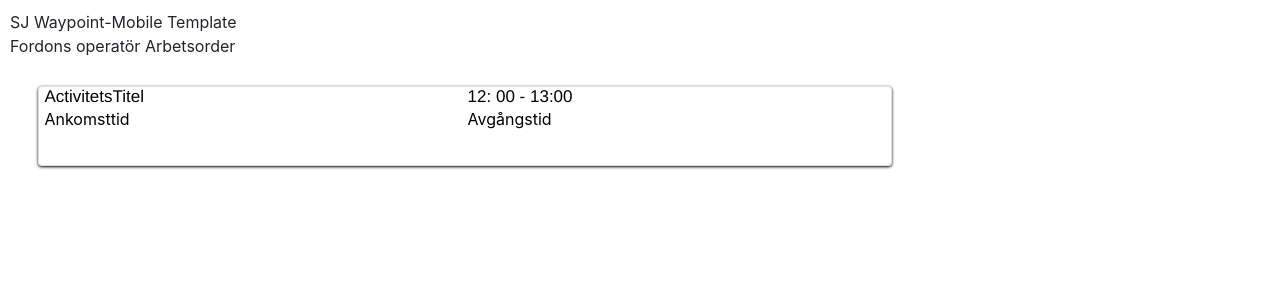
Repository: AdrianaLarsson/yarn-next-typescript
Page: /
These files come from the project's save history. The page is drawn as it stood at one moment and after a run of saves; the edit follows.
The browser window is 1280 px wide. The pictures show the whole page.
The project was rebuilt for these pictures with package versions that can differ from the ones it lists, and the page was loaded fresh each time. The framework's server and built-in components were replaced by stand-ins that run in the browser.

Above is the page before, as saved 2021-03-01 08:01:27.

### pages/_app.tsx
// Functionality
import type { AppProps } from 'next/app';
import Head from 'next/head';

// Styling
import 'bootstrap/dist/css/bootstrap.min.css';
import GlobalStyle from '../styles/Globals';
import { sjTheme } from '../styles/Theme';
import { ThemeProvider } from 'styled-components';

// Utils
import GlobalContext from '../components/particles/GlobalContext';

function MyApp({ Component, pageProps }: AppProps): JSX.Element {
  return (
    <>
      <Head>
        <title>SJ Template uhdiuasuasuash</title>
        <meta
          name="viewport"
          content="initial-scale=1.0, width=device-width"
          key="viewport"
        />
        <link rel="favicon" href="/favicon.ico" />
      </Head>
      <GlobalStyle />
      <ThemeProvider theme={sjTheme}>
        <GlobalContext.Provider value={'Context test value'}>
          <Component {...pageProps} />
        </GlobalContext.Provider>
      </ThemeProvider>
    </>
  );
}

export default MyApp;

### pages/index.tsx
// Functionality
import { GetServerSideProps, GetServerSidePropsContext } from 'next';
import VehicleOpreator from '../components/WorkOrderVehicleOperator/vehicleopreator';
import GlobalStyle from '../styles/Globals'
interface serverSideProps {
  dummyPropsValue: string;
}

const Index = (props: serverSideProps): JSX.Element => {
  return (
    <div>
      <main>
        <div>SJ Waypoint-Mobile Template</div>
        <VehicleOpreator/>
        <div>
        </div>
      </main>
    </div>
  );
};

export const getServerSideProps: GetServerSideProps = async (
  context: GetServerSidePropsContext
) => {
  return {
    props: {
      dummyPropsValue: context.resolvedUrl
    }
  };
};

export default Index;

### styles/Globals.ts
import { createGlobalStyle } from 'styled-components';

export default createGlobalStyle`
    body,
    container {
      padding: 10px;
      display: center;
      flex-direction: column;
      align-items: center;
    },
    html {
        padding: 0;
        margin: 0;
        font-family: "-apple-system", "BlinkMacSystemFont", "Segoe UI", "Roboto",
            "Oxygen", "Ubuntu", "Cantarell", "Fira Sans", "Droid Sans", "Helvetica Neue",
            "sans-serif";
        height: 1px;
        margin: auto;
    }
    a {
        color: inherit;
        text-decoration: none;
    }
    * {
        -webkit-box-sizing: border-box;
        box-sizing: border-box;
    }
`;

### styles/Theme.ts
import { DefaultTheme } from 'styled-components';

const sjTheme: DefaultTheme = {
  colors: {
    main: 'black',
    secondary: 'gray'
  }
};

export { sjTheme };

### components/particles/GlobalContext.tsx
import { createContext } from 'react';

const GlobalContext = createContext(null);

export default GlobalContext;

### components/WorkOrderVehicleOperator/vehicleopreator.tsx
import React from "react";
import styled from "styled-components";
import { B4,H2 } from "../../styles/Typography/texStyles";
import StyledCard from "../organisms/Card/Card";

export const GridTitle = styled.div`
  display: grid;
  grid-template-columns: repeat(2, 1fr);
  grid-template-rows: 5px 5px;
  grid-gap: px;
`;
export const GridBody = styled.div`
  display: grid;
  grid-template-columns: repeat(2, 1fr);
  grid-template-rows: 5px 5px;
  grid-gap: px;
`;

function vehicleOpreator() {
  return (
    <div>
      Fordons operatör Arbetsorder
      <StyledCard>
        <GridTitle>
          <B4>ActivitetsTitel</B4>
          <B4 style={{ fontSize: "17px" }}>12: 00 - 13:00</B4>
        </GridTitle>
        <GridBody>
        <H2>Ankomsttid</H2>
        <H2>Avgångstid</H2>
        </GridBody>
      </StyledCard>


    </div>
  );
}

export default vehicleOpreator;

### styles/Typography/texStyles.tsx
import styled,{ css} from 'styled-components'

const baseStyle = css`
  font-family: sj_sans, Helvetica, Arial, sans-serif;
  font-style: normal;
  font-stretch: normal;
  line-height: normal;
  letter-spacing: normal;
  font-weight: normal;
  text-align: left;
  opacity: ${props => (1)};
`;

 export const B4 = styled.h4`
  ${baseStyle}
  color: black;
  font-size: 17px;
`;
export const H2 = styled.span`
  color: black;
  margin-top: 10px;
  font-size: 16px;
`;

### components/organisms/Card/Card.tsx
//Components
import Card from 'react-bootstrap/Card';
//Packages
import styled from 'styled-components/'
import px2vw from '../../../styles/px2vw';

const StyledCard = styled(Card)`
display: flex;
width: ${px2vw(280, 315)};
height: 5em;
margin: ${px2vw(32)};
padding-left: 5px;
background-color: rgba(0,0,0,0.0);
box-shadow: 0 1px 3px 0 rgba(0,0,0, 1.5);
border-radius: 4px;
@media (min-width: 1024px) {
    width: ${px2vw(100, 150)};
  }
`;
export default StyledCard;

Loaded but not shown: styles/px2vw.tsx (common file)

After the next 2 saves:
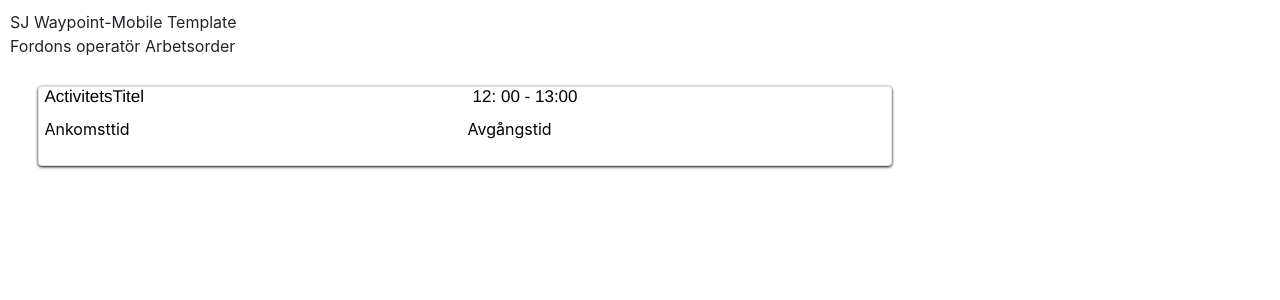
The 2 saves are shown as one change because they came seconds apart.
The last was saved 6 s later.
--- a/components/WorkOrderVehicleOperator/vehicleopreator.tsx
+++ b/components/WorkOrderVehicleOperator/vehicleopreator.tsx
@@ -7,7 +7,7 @@ export const GridTitle = styled.div`
   display: grid;
   grid-template-columns: repeat(2, 1fr);
   grid-template-rows: 5px 5px;
-  grid-gap: px;
+  grid-gap: 10px;
 `;
 export const GridBody = styled.div`
   display: grid;
